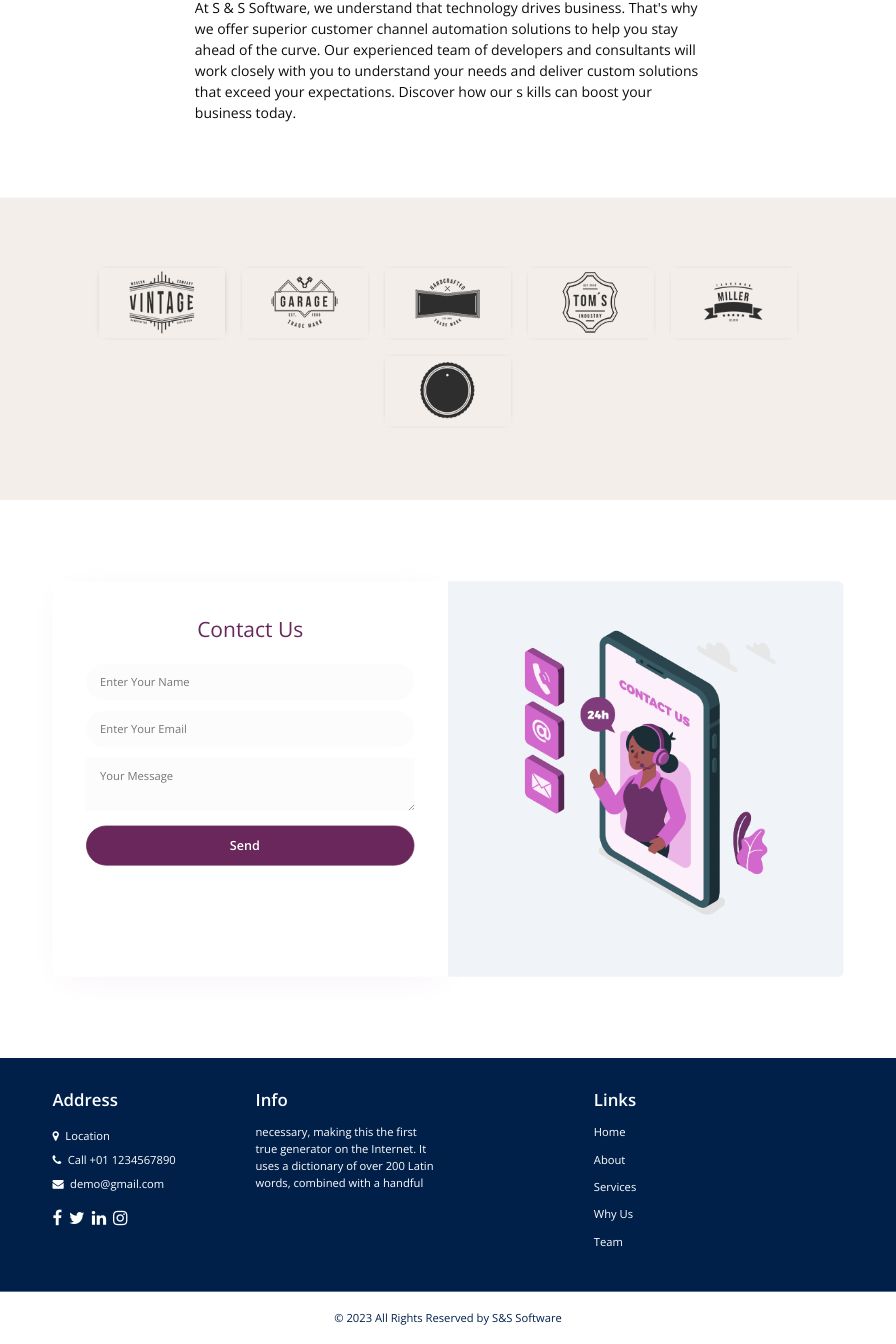
Repository: samuelsns/S-S-Software
Page: index.html
An editor plug-in stored every save of this project. The page is shown before and after the next save, followed by the edit.
The browser window is 1280 px wide. The pictures show the part of the page from y = 2948 to 4868 px (the page is 4868 px tall before and 4829 px after), at 70% of full size.

Above is the page before, as saved 2023-12-01 03:42:47.

### index.html
<!DOCTYPE html>
<html>
  <head>
    <!-- Basic -->
    <meta charset="utf-8" />
    <meta http-equiv="X-UA-Compatible" content="IE=edge" />
    <!-- Mobile Metas -->
    <meta
      name="viewport"
      content="width=device-width, initial-scale=1, shrink-to-fit=no"
    />
    <!-- Site Metas -->
    <meta name="keywords" content="" />
    <meta name="description" content="" />
    <meta name="author" content="" />
    <link rel="shortcut icon" href="images/favicon.png" type="" />

    <title>S&S</title>

    <!-- bootstrap core css -->
    <link rel="stylesheet" type="text/css" href="css/bootstrap.css" />

    <!-- fonts style -->
    <link
      href="https://fonts.googleapis.com/css2?family=Roboto:wght@400;500;700;900&display=swap"
      rel="stylesheet"
    />

    <!--owl slider stylesheet -->
    <link
      rel="stylesheet"
      type="text/css"
      href="https://cdnjs.cloudflare.com/ajax/libs/OwlCarousel2/2.3.4/assets/owl.carousel.min.css"
    />

    <!-- font awesome style -->
    <link href="css/font-awesome.min.css" rel="stylesheet" />

    <!-- Custom styles for this template -->
    <link href="css/style.css" rel="stylesheet" />
    <!-- responsive style -->
    <link href="css/responsive.css" rel="stylesheet" />
  </head>

  <body>
    <div class="hero_area">
      <div class="hero_bg_box">
        <div class="bg_img_box">
          <img src="images/hero-bg.png" alt="" />
        </div>
      </div>

      <!-- header section strats -->
      <header class="header_section">
        <div class="container-fluid">
          <nav class="navbar navbar-expand-lg custom_nav-container">
            <a class="navbar-brand" href="index.html">
              <span> S & S </span>
            </a>

            <button
              class="navbar-toggler"
              type="button"
              data-toggle="collapse"
              data-target="#navbarSupportedContent"
              aria-controls="navbarSupportedContent"
              aria-expanded="false"
              aria-label="Toggle navigation"
            >
              <span class=""> </span>
            </button>

            <div class="collapse navbar-collapse" id="navbarSupportedContent">
              <div class="collapse navbar-collapse" id="navbarSupportedContent">
                <ul class="navbar-nav  ">
                  <li class="nav-item active">
                    <a class="nav-link" href="index.html">Home <span class="sr-only">(current)</span></a>
                  </li>
                  <li class="nav-item">
                    <a class="nav-link" href="about.html"> About</a>
                  </li>
                  <li class="nav-item">
                    <a class="nav-link" href="service.html">Services</a>
                  </li>
                  <li class="nav-item">
                    <a class="nav-link" href="work.html">Our Work</a>
                  </li>
                </ul>
            </div>
          </nav>
        </div>
      </header>
      <!-- end header section -->
      <!-- slider section -->
      <section class="slider_section">
        <div id="customCarousel1" class="carousel slide" data-ride="carousel">
          <div class="carousel-inner">
            <div class="carousel-item active">
              <div class="container">
                <div class="row">
                  <div class="col-md-6">
                    <div class="detail-box">
                      <h1>
                        Empowering Businesses with Cutting Edge Automation
                        Solutions
                      </h1>
                      <p>Empower your business with cutting-edge automation
                        solutions from S & S Software. Our innovative cloud,
                        AI, and communication solutions streamline operations,
                        optimize customer engagement, and drive growth.</p>
                      <div class="btn-box">
                        <a href="about.html" class="btn1"> Read More </a>
                      </div>
                    </div>
                  </div>
                  <div class="col-md-6">
                    <div class="img-box">
                      <img src="images/slider-img.png" alt="" />
                    </div>
                  </div>
                </div>
              </div>
            </div>
            <div class="carousel-item">
              <div class="container">
                <div class="row">
                  <div class="col-md-6">
                    <div class="detail-box">
                      <h1>
                        Transform Customer Interactions with AI-Powered Chat & Voice Bots
                      </h1>
                      <p>
                        Elevate customer experiences with our advanced chat and voice
                        bots. Powered by artificial intelligence, personalized interactions,
                        and seamless communication.
                      </p>
                      <div class="btn-box">
                        <a href="about.html" class="btn1"> Read More </a>
                      </div>
                    </div>
                  </div>
                  <div class="col-md-6">
                    <div class="img-box">
                      <img src="images/slider2-img.png" alt="" />
                    </div>
                  </div>
                </div>
              </div>
            </div>
            <div class="carousel-item">
              <div class="container">
                <div class="row">
                  <div class="col-md-6">
                    <div class="detail-box">
                      <h1>
                        Embrace the Future of Business with Cloud-Powered Automation
                      </h1>
                      <p>
                        Harness the power of cloud technology to transform your
                        business. Our Google Cloud Platform expertise empowers
                        you to securely store data, collaborate effectively,
                        and maximize efficiency.
                      </p>
                      <div class="btn-box">
                        <a href="about.html" class="btn1"> Read More </a>
                      </div>
                    </div>
                  </div>
                  <div class="col-md-6">
                    <div class="img-box">
                      <img src="images/slider3-img.png" alt="" />
                    </div>
                  </div>
                </div>
              </div>
            </div>
          </div>
          <ol class="carousel-indicators">
            <li
              data-target="#customCarousel1"
              data-slide-to="0"
              class="active"
            ></li>
            <li data-target="#customCarousel1" data-slide-to="1"></li>
            <li data-target="#customCarousel1" data-slide-to="2"></li>
          </ol>
        </div>
      </section>
      <!-- end slider section -->
    </div>

    <!-- service section -->

    <section class="service_section layout_padding">
      <div class="service_container">
        <div class="container">
          <div class="heading_container heading_center">
            <h2>Our <span>Services</span></h2>
            <p>
              There are many variations of passages of Lorem Ipsum available,
              but the majority have suffered alteration
            </p>
          </div>
          <div class="row">
            <div class="col-md-4">
              <div class="box">
                <div class="img-box">
                  <img src="images/cloud.png" alt="" />
                </div>
                <div class="detail-box">
                  <h5>Cloud Services (GCP)</h5>
                  <p>
                    With our expertise in Google Cloud Platform,
                    we help businesses leverage the power of the
                    cloud to securely store data, improve
                    collaboration and maximize efficiency
                  </p>
                </div>
              </div>
            </div>
            <div class="col-md-4">
              <div class="box">
                <div class="img-box">
                  <img src="images/ai.png" alt="" />
                </div>
                <div class="detail-box">
                  <h5>AI-Based Solutions (Dialogflow)</h5>
                  <p>
                    Harness the power of Dialogflow to build
                    engaging voice and text-based conversational
                    interfaces, such as voice apps and chatbots,
                    fueled by artificial intelligence.
                  </p>
                </div>
              </div>
            </div>
            <div class="col-md-4">
              <div class="box">
                <div class="img-box">
                  <img src="images/app.png" alt="" />
                </div>
                <div class="detail-box">
                  <h5>Application Development (NodeJS)</h5>
                  <p>
                    Our skilled team utilizes NodeJS to create
                    scalable and high-performing real-time
                    applications tailored to meet your unique
                    business needs.
                  </p>
                </div>
              </div>
            </div>

            <div class="col-md-4">
              <div class="box">
                <div class="img-box">
                  <img src="images/api.png" alt="" />
                </div>
                <div class="detail-box">
                  <h5>Communication APIs (Twilio)</h5>
                  <p>
                    Enhance your customer communication through
                    the integration of Twilio. From voice,
                    messaging, video, and more, we strive to
                    make your business communication swift and seamless.
                  </p>
                </div>
              </div>
            </div>

            <div class="col-md-4">
              <div class="box">
                <div class="img-box">
                  <img src="images/voice.png" alt="" />
                </div>
                <div class="detail-box">
                  <h5>Chatbot & Voicebot Solutions</h5>
                  <p>
                    Our advanced chatbot and voicebot solutions
                    are designed to enrich customer interaction,
                    automate customer support, and drive efficiency.
                  </p>
                </div>
              </div>
            </div>
          </div>
          <div class="btn-box">
            <a href="service.html"> View All </a>
          </div>
        </div>
      </div>
    </section>

    <!-- end service section -->

    <!-- about section -->

    <section class="about_section layout_padding">
      <div class="container">
        <div class="row">
          <div class="col-md-6">
            <div class="img-box">
              <img src="images/about-img.png" alt="" />
            </div>
          </div>
          <div class="col-md-6">
            <div class="detail-box">
              <div class="heading_container heading_center">
                <h2>About <span>Us</span></h2>
              </div>
              <p>
                S & S Software is your trusted partner in automation
                technology, providing state-of-the-art solutions to
                streamline operations, optimize customer engagement,
                and give your business a competitive edge. Leveraging
                advanced technologies like GCP, Dialogflow, NodeJS,
                Twilio, and sophisticated chat and voice bots, we
                empower businesses to harness the power of the cloud,
                build engaging AI-based conversational interfaces,
                create scalable real-time applications, enhance customer
                communication, and automate customer support. Our
                experienced team of developers and consultants
                collaborates closely with you to understand your
                unique needs and deliver custom solutions that exceed
                your expectations. Discover how S & S Software can
                transform your business today.
              </p>
              <a href="about.html"> Read More </a>
            </div>
          </div>
        </div>
      </div>
    </section>

    <!-- end about section -->

    <!-- why section -->

    <section class="why_section layout_padding">
      <div class="container">
        <div class="heading_container heading_center">
          <h2>Why Choose <span>Us</span></h2>
        </div>
        <div class="col-md-8">
          <div class="box">
            <p>
              At S & S Software, we understand that technology drives business.
              That's why we offer superior customer channel automation solutions
              to help you stay ahead of the curve. Our experienced team of
              developers and consultants will work closely with you to
              understand your needs and deliver custom solutions that exceed
              your expectations. Discover how our s kills can boost your
              business today.
            </p>
          </div>
        </div>
      </div>
    </section>

    <!-- end why section -->

    <!-- client section -->
    <section class="client_section layout_padding">
      <div class="container">
        <div class="heading_container heading_center">
          <div class="our-clients">
            <ul>
              <li> <img src="images/1.png" alt=""> <img src="images/1-1.png" alt=""> </li>
              <li> <img src="images/2.png" alt=""> <img src="images/2-2.png" alt=""> </li>
              <li> <img src="images/3.png" alt=""> <img src="images/3-3.png" alt=""> </li>
              <li> <img src="images/4.png" alt=""> <img src="images/4-4.png" alt=""> </li>
              <li> <img src="images/5.png" alt=""> <img src="images/5-5.png" alt=""> </li>
              <li> <img src="images/6.png" alt=""> <img src="images/6-6.png" alt=""> </li>
            </ul>
          </div>
        </div>
      </div>
    </section>
    <!-- end client section -->

      <!-- contact section -->

  <section class="contact_section layout_padding-sm">
    <div class="contact-form">
      <h1>Contact Us</h1>
      <div class="container">
          <div class="main">
              <div class="content">
                  <h2>Contact Us</h2>
                  <form action="#" method="post">
                      <input type="text" name="name" placeholder="Enter Your Name">

                      <input type="email" name="name" placeholder="Enter Your Email">
                      <textarea name="message" placeholder="Your Message"></textarea>
           <button type="submit" class="btn">Send <i class="fas fa-paper-plane"></i></button>
                  </form>
              </div>
              <div class="form-img">
                  <img src="images/contact.png" alt="">
              </div>
          </div>
      </div>
    </div>
  </section>

  <!-- end contact section -->

    <!-- info section -->

    <section class="info_section layout_padding2">
      <div class="container">
        <div class="row">
          <div class="col-md-6 col-lg-3 info_col">
            <div class="info_contact">
              <h4>Address</h4>
              <div class="contact_link_box">
                <a href="">
                  <i class="fa fa-map-marker" aria-hidden="true"></i>
                  <span> Location </span>
                </a>
                <a href="">
                  <i class="fa fa-phone" aria-hidden="true"></i>
                  <span> Call +01 1234567890 </span>
                </a>
                <a href="">
                  <i class="fa fa-envelope" aria-hidden="true"></i>
                  <span> demo@gmail.com </span>
                </a>
              </div>
            </div>
            <div class="info_social">
              <a href="">
                <i class="fa fa-facebook" aria-hidden="true"></i>
              </a>
              <a href="">
                <i class="fa fa-twitter" aria-hidden="true"></i>
              </a>
              <a href="">
                <i class="fa fa-linkedin" aria-hidden="true"></i>
              </a>
              <a href="">
                <i class="fa fa-instagram" aria-hidden="true"></i>
              </a>
            </div>
          </div>
          <div class="col-md-6 col-lg-3 info_col">
            <div class="info_detail">
              <h4>Info</h4>
              <p>
                necessary, making this the first true generator on the Internet.
                It uses a dictionary of over 200 Latin words, combined with a
                handful
              </p>
            </div>
          </div>
          <div class="col-md-6 col-lg-2 mx-auto info_col">
            <div class="info_link_box">
              <h4>Links</h4>
              <div class="info_links">
                <a class="active" href="index.html"> Home </a>
                <a class="" href="about.html"> About </a>
                <a class="" href="service.html"> Services </a>
                <a class="" href="why.html"> Why Us </a>
                <a class="" href="team.html"> Team </a>
              </div>
            </div>
          </div>

        </div>
      </div>
    </section>

    <!-- end info section -->

    <!-- footer section -->
    <section class="footer_section">
      <div class="container">
        <p>
          &copy; <span id="displayYear"></span> All Rights Reserved by S&S
          Software
        </p>
      </div>
    </section>
    <!-- footer section -->

    <!-- jQery -->
    <script type="text/javascript" src="js/jquery-3.4.1.min.js"></script>
    <!-- popper js -->
    <script
      src="https://cdn.jsdelivr.net/npm/popper.js@1.16.0/dist/umd/popper.min.js"
      integrity="sha384-Q6E9RHvbIyZFJoft+2mJbHaEWldlvI9IOYy5n3zV9zzTtmI3UksdQRVvoxMfooAo"
      crossorigin="anonymous"
    ></script>
    <!-- bootstrap js -->
    <script type="text/javascript" src="js/bootstrap.js"></script>
    <!-- owl slider -->
    <script
      type="text/javascript"
      src="https://cdnjs.cloudflare.com/ajax/libs/OwlCarousel2/2.3.4/owl.carousel.min.js"
    ></script>
    <!-- custom js -->
    <script type="text/javascript" src="js/custom.js"></script>
  </body>
</html>

### css/responsive.css
@media (max-width: 1300px) {
}

@media (max-width: 1120px) {
}

@media (max-width: 992px) {
  .hero_area {
    min-height: auto;
  }

  .hero_area {
    background: linear-gradient(130deg, #231a6f, #0f054c);
  }

  .hero_area .hero_bg_box {
    display: none;
  }

  .slider_section {
    padding: 45px 0 75px 0;
  }

  .custom_nav-container .navbar-nav {
    padding-top: 15px;
    align-items: center;
  }

  .custom_nav-container .navbar-nav .nav-item .nav-link {
    padding: 5px 25px;
    margin: 5px 0;
  }

  .story_section .detail-box p {
    width: 80vw;
  }
}

@media (max-width: 768px) {
  .about_section .img-box {
    margin-bottom: 45px;
  }

  .contact-form .main {
    flex-direction: column;
  }
  .contact-form form {
    margin-top: 30px;
    margin-bottom: 10px;
  }
  .form-img {
    border-radius: 0;
    border-bottom-left-radius: 8px;
    border-bottom-right-radius: 8px;
    order: 2;
  }
  .content {
    order: 1;
    border-top-left-radius: 8px;
    border-top-right-radius: 8px;
  }
}

@media (max-width: 576px) {
  .header_section .header_top .contact_nav a span {
    display: none;
  }

  .client_section .client_container {
    width: 100%;
  }

  .client_section .box {
    margin: 0;
  }

  .owl-nav {
    display: flex;
    justify-content: center;
    margin-top: 45px;
  }

  .client_section .owl-carousel .owl-nav .owl-prev,
  .client_section .owl-carousel .owl-nav .owl-next {
    position: unset;
    margin: 0 2.5px;
  }

  .story_section .detail-box p {
    width: auto;
  }
}

@media (max-width: 480px) {
  .slider_section .detail-box h1 {
    font-size: 2rem;
  }

  .track_section form {
    flex-direction: column;
    align-items: flex-start;
  }

  .track_section form input {
    width: 100%;
  }

  .track_section form button {
    padding: 10px 60px;
    margin-top: 10px;
  }

  .story_section .detail-box p {
    width: auto;
  }
}

@media (max-width: 420px) {
  .service_section .box {
    flex-direction: column;
  }

  .service_section .box .img-box {
    justify-content: flex-start;
    margin-bottom: 15px;
  }

  .story_section .detail-box p {
    width: auto;
  }
}

@media (max-width: 376px) {
  .story_section .detail-box p {
    width: auto;
  }
}

@media (min-width: 1200px) {
  .container {
    max-width: 1170px;
  }
}

Loaded but not shown: css/bootstrap.css (library); css/font-awesome.min.css (library); js/jquery-3.4.1.min.js (library); js/bootstrap.js (library); js/custom.js (34 lines, source omitted); css/style.css (870 lines, source omitted)

After the next save:
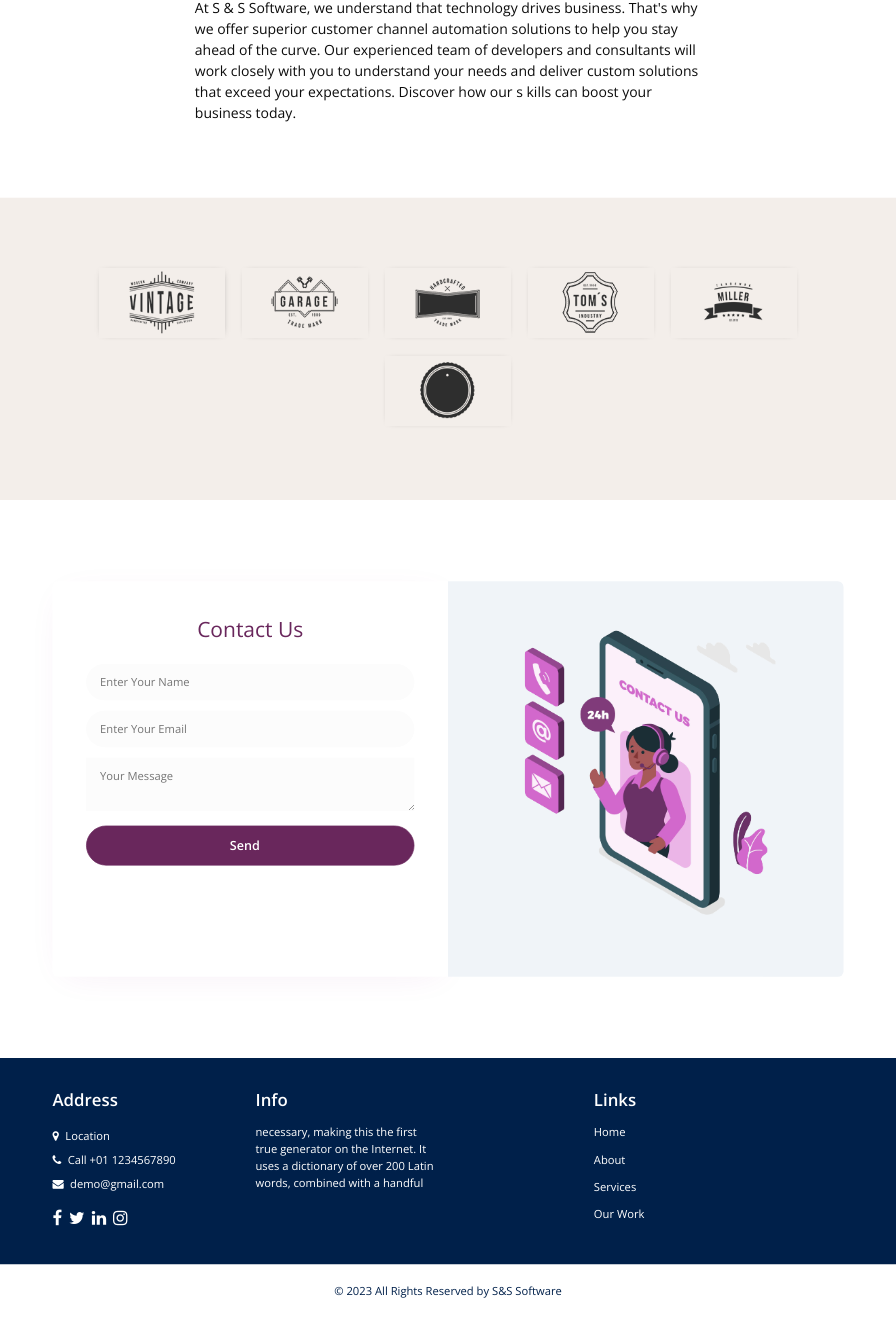
Saved 3 min 2 s later.
--- a/index.html
+++ b/index.html
@@ -460,8 +460,7 @@
                 <a class="active" href="index.html"> Home </a>
                 <a class="" href="about.html"> About </a>
                 <a class="" href="service.html"> Services </a>
-                <a class="" href="why.html"> Why Us </a>
-                <a class="" href="team.html"> Team </a>
+                <a class="" href="work.html"> Our Work </a>
               </div>
             </div>
           </div>
